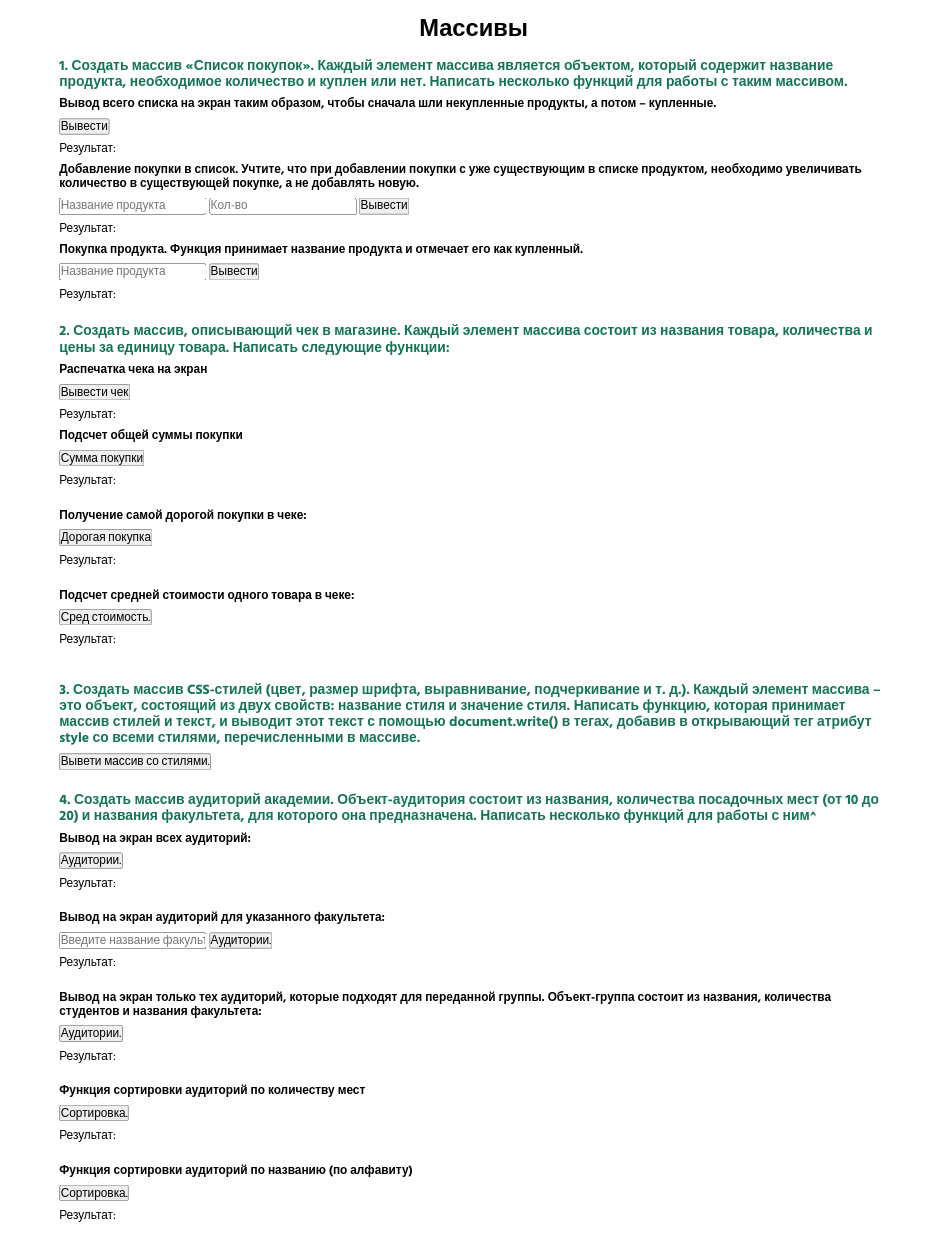
Repository: NastyaGavrilova/Beetroot-js
Page: HW5/index.html
These files come from the project's save history. The page is drawn as it stood at one moment and after the next save; the edit follows.
The browser window is 1280 px wide. The pictures show the whole page, at 74% of full size.

Above is the page before, as saved 2021-10-23 14:55:29.

After the next save:
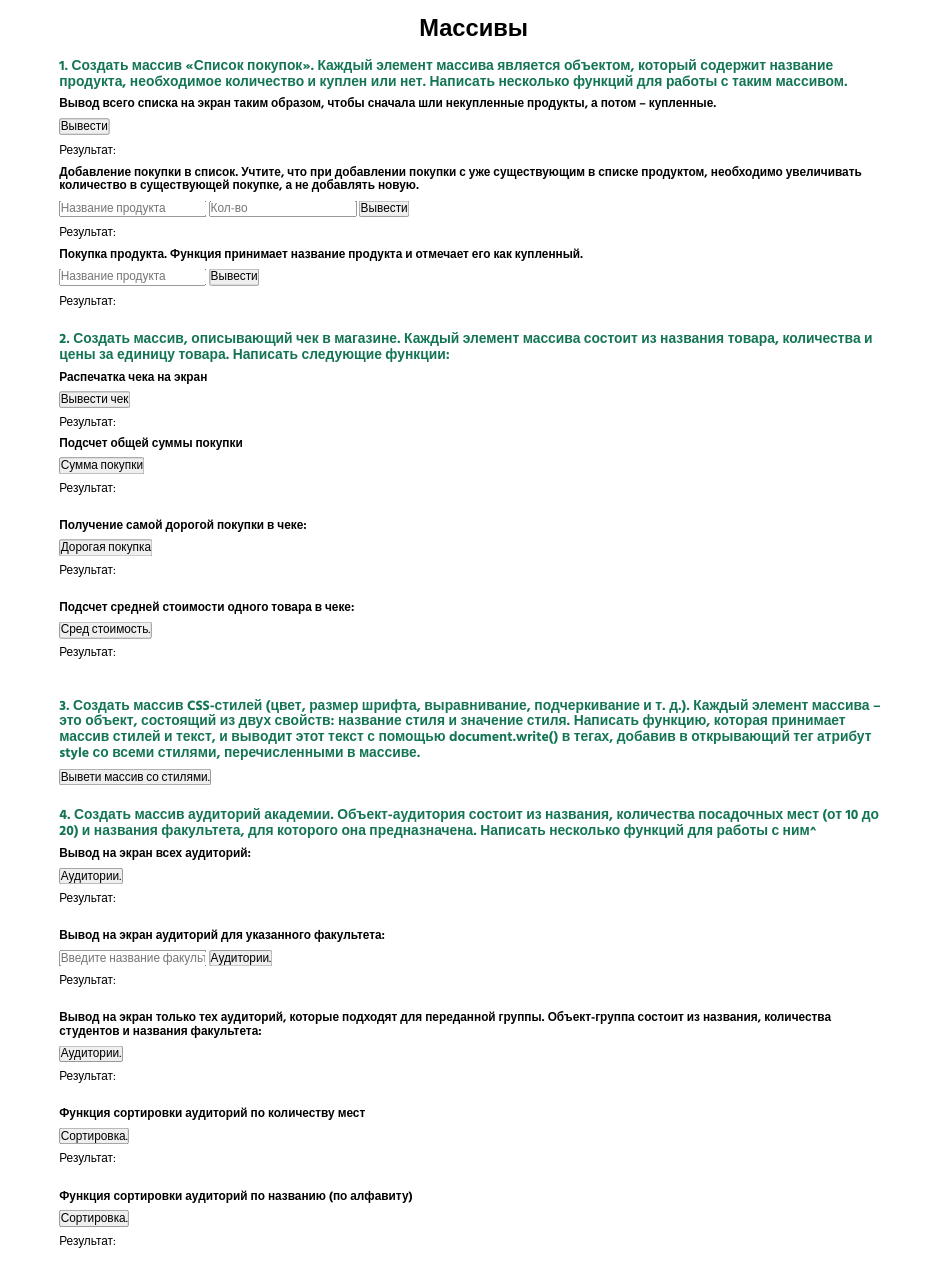
Saved 30 s later.
--- a/HW5/index.css
+++ b/HW5/index.css
@@ -17,7 +17,8 @@ section {
   padding: 0 40px 20px 40px;
 }
 span {
-  font-weight: bold;
+  font-size: 19px;
+  font-weight: 500;
 }
 
 .title {
